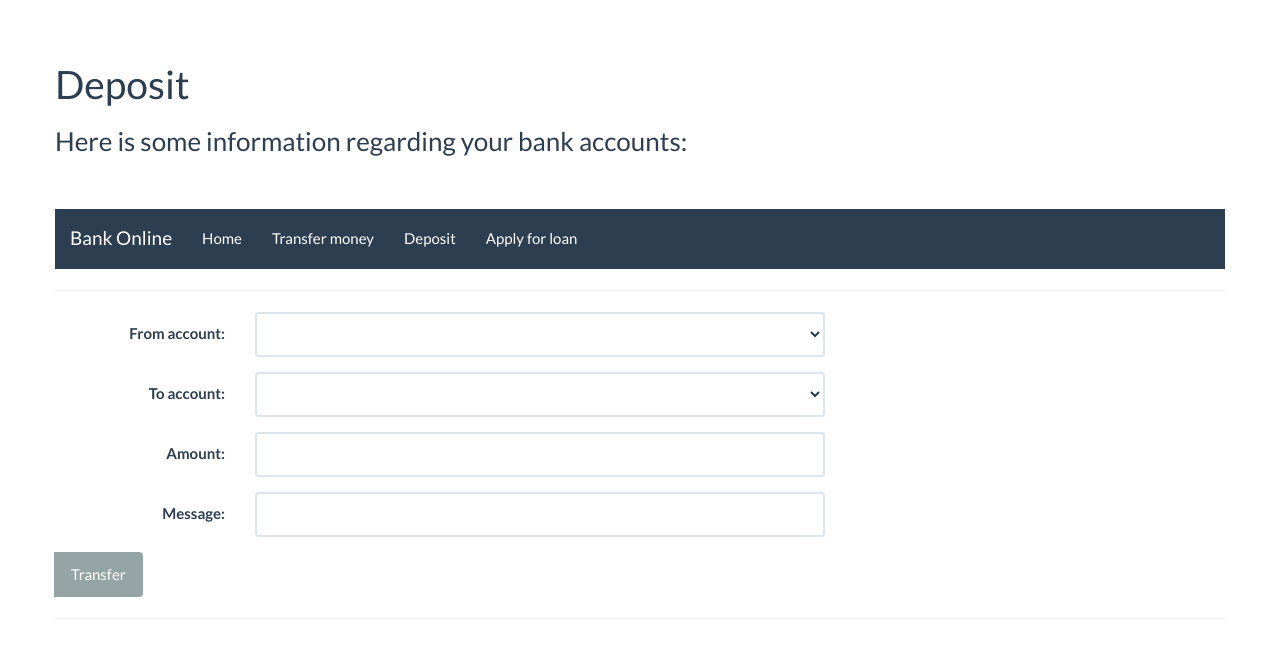
Repository: klitusas/SpringMVCBanking
Page: http://localhost/transfer
An editor plug-in stored every save of this project. The page is shown before and after a run of saves, followed by the edit.
The browser window is 1280 px wide. The pictures show the whole page.
The page is this project's Thymeleaf template; nobody is signed in. The template is opened directly, without the code that normally fills it, so the values that code supplies are empty.

Above is the page before, as saved 2017-03-01 19:16:27.

### banking/src/main/resources/templates/transfer.html
<!DOCTYPE HTML>
<html xmlns:th="http://www.thymeleaf.org">
<head>
    <title>Bank Online</title>
    <meta http-equiv="Content-Type" content="text/html; charset=UTF-8" />

	<link rel="stylesheet" href="/bootstrap.min.css" media="screen"/>
</head>
<body>
	<div class="container">
      <div class="page-header" id="banner">
        <div class="row">
          <div>
			<h1>Deposit</h1>
			<h3>Here is some information regarding your bank accounts: </h3>
			<br/>
			<br/>
			<nav class="navbar navbar-default navbar-static-top">
 				 <div class="container">
			  			<div class="navbar-header">
					      <a class="navbar-brand" href="#">Bank Online</a>
					    </div>
					    <ul class="nav navbar-nav">
					      <li><a th:href="@{/accounts}">Home</a></li>
					      <li><a  th:href="@{/transfer}">Transfer money</a></li>
					      <li><a href="#">Deposit</a></li>
					      <li><a href="#">Apply for loan</a></li>
					    </ul>
 				 </div>
			</nav>
				<hr/>
				<form class="form-horizontal" th:action="@{/transfer}"  method="post" enctype="multipart/form-data" >
            	<fieldset>
            		<div class="form-group">
	                    <label class="col-lg-2 control-label">From account:</label>
	                    <div class="col-lg-6">
						    <select name="fromAccount"  class="form-control">
								<option th:each="account : ${accounts}"
									th:value="${account.id}"
									th:text="${account.label}"></option>
							</select>
	                    </div>
                	</div>
                	<div class="form-group">
	                    <label class="col-lg-2 control-label">To account:</label>
	                    <div class="col-lg-6">
						    <select name="toAccount"  class="form-control">
								<option th:each="account : ${accounts}"
									th:value="${account.id}"
									th:text="${account.label}"></option>
							</select>
	                    </div>
                	</div>
                	<div class="form-group">
	                    <label class="col-lg-2 control-label">Amount:</label>
	                    <div class="col-lg-6">
	                    	<input type="text" class="form-control" name="amount"/>
	                    </div>
                	</div>
                	<div class="form-group">
	                    <label class="col-lg-2 control-label">Message:</label>
	                    <div class="col-lg-6">
	                    	<input type="text" class="form-control" name="description"/>
	                    </div>
                	</div>
                	<span class="input-group-btn">
						<button type="submit" class="btn btn-default">Transfer</button>
					</span>
            	</fieldset>
            </form>
            <hr/>
			</div>
		</div>
	</div>
</div>
</body>
</html>

Loaded but not shown: banking/src/main/resources/static/bootstrap.min.css (library)

After the next 2 saves:
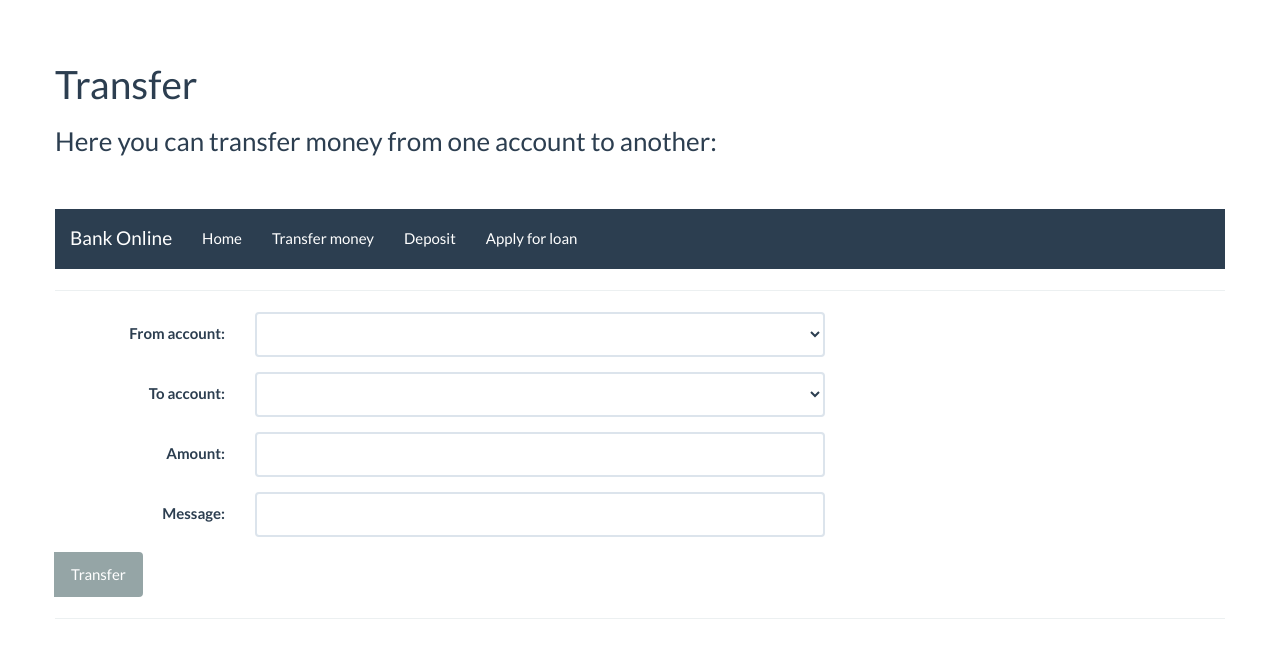
The 2 saves are shown as one change because they came seconds apart.
The last was saved 28 s later.
--- a/banking/src/main/resources/templates/transfer.html
+++ b/banking/src/main/resources/templates/transfer.html
@@ -11,8 +11,8 @@
       <div class="page-header" id="banner">
         <div class="row">
           <div>
-			<h1>Deposit</h1>
-			<h3>Here is some information regarding your bank accounts: </h3>
+			<h1>Transfer</h1>
+			<h3>Here you can transfer money from one account to another: </h3>
 			<br/>
 			<br/>
 			<nav class="navbar navbar-default navbar-static-top">
